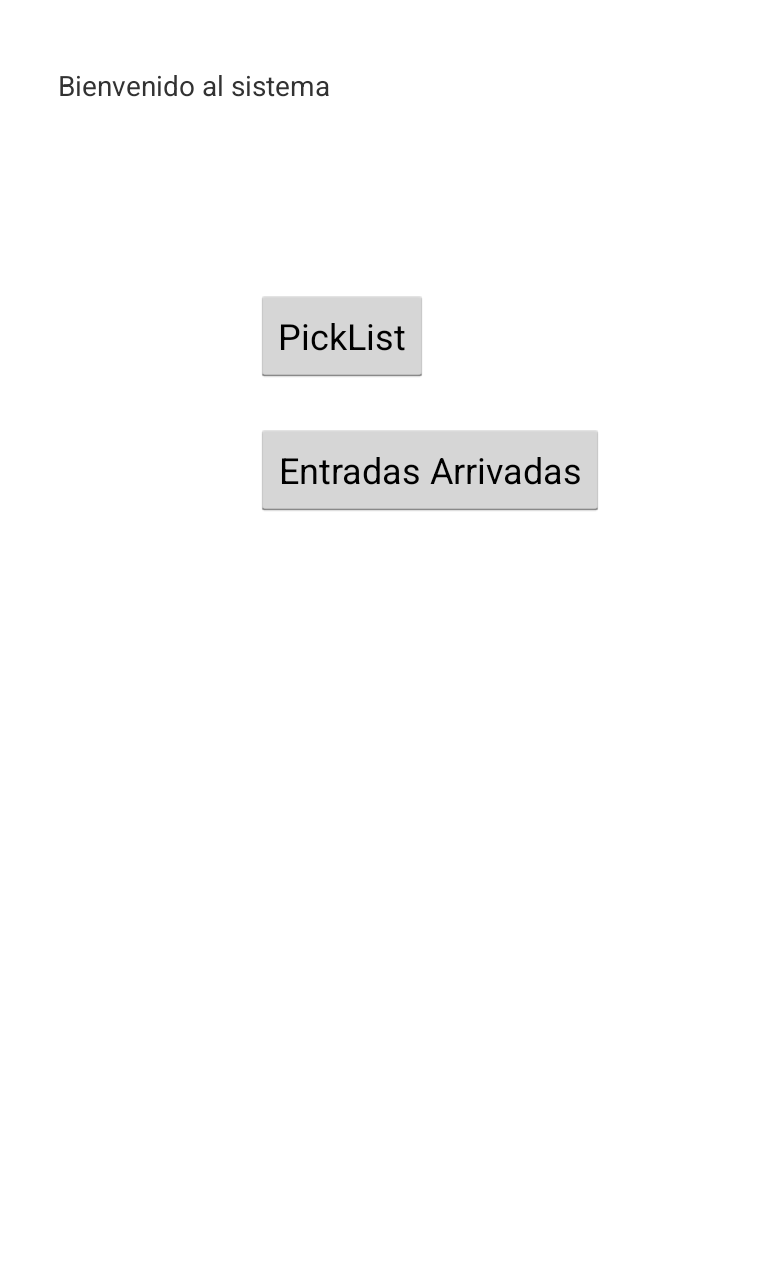
Repository: moynard/PeanutAndroid
Layout: WHSStorekeeper/res/layout/menu_activity.xml
An editor plug-in stored every save of this project. The layout is shown before and after the next save, followed by the edit.
It is drawn on a 768 x 1280 px phone screen (xhdpi) without system bars, with theme AppTheme; the app's code is not run.

Above is the layout before, as saved 2013-07-20 00:22:50.

### WHSStorekeeper/res/layout/menu_activity.xml
<?xml version="1.0" encoding="utf-8"?>
<RelativeLayout xmlns:android="http://schemas.android.com/apk/res/android"
    android:layout_width="match_parent"
    android:layout_height="match_parent" >

    <TextView
        android:id="@+id/txtNombre"
        android:layout_width="wrap_content"
        android:layout_height="wrap_content"
        android:layout_alignParentLeft="true"
        android:layout_alignParentTop="true"
        android:layout_marginLeft="29dp"
        android:layout_marginTop="33dp"
        android:text="Bienvenido al sistema" />

    <TextView
        android:id="@+id/usermail"
        android:layout_width="wrap_content"
        android:layout_height="wrap_content"
        android:layout_alignRight="@+id/txtNombre"
        android:layout_below="@+id/txtNombre"
        android:layout_marginRight="38dp"
        android:layout_marginTop="16dp"
      />

    <Button
        android:id="@+id/ArrivdadosBtn"
        android:layout_width="wrap_content"
        android:layout_height="wrap_content"
        android:layout_alignLeft="@+id/usermail"
        android:layout_below="@+id/usermail"
        android:layout_marginTop="124dp"
        android:text="Entradas Arrivadas" />

    <Button
        android:id="@+id/picklistBtn"
        android:layout_width="wrap_content"
        android:layout_height="wrap_content"
        android:layout_alignLeft="@+id/ArrivdadosBtn"
        android:layout_below="@+id/usermail"
        android:layout_marginTop="57dp"
        android:text="PickList" />

</RelativeLayout>

Loaded but not shown: WHSStorekeeper/res/values/styles.xml (common file); WHSStorekeeper/res/values-v11/styles.xml (common file); WHSStorekeeper/res/values-v14/styles.xml (common file)

After the next save:
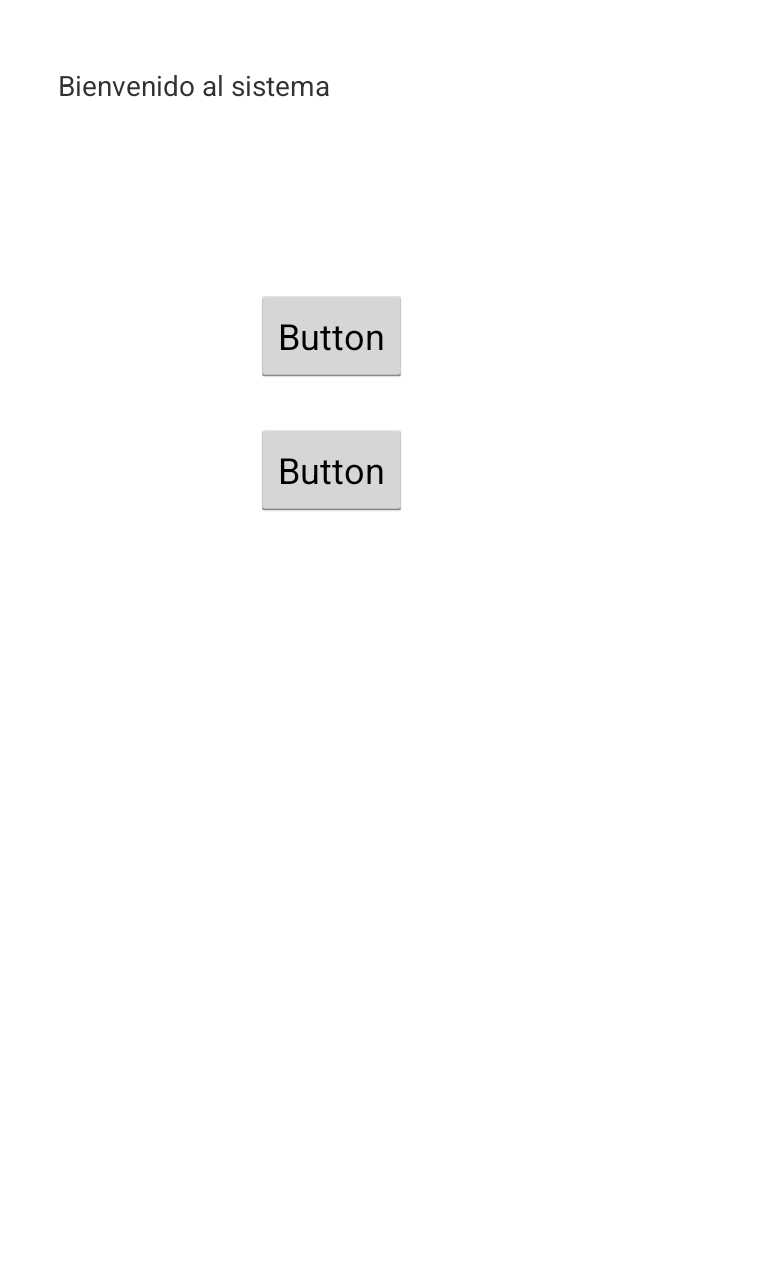
Saved 13 s later.
--- a/WHSStorekeeper/res/layout/menu_activity.xml
+++ b/WHSStorekeeper/res/layout/menu_activity.xml
@@ -30,7 +30,7 @@
         android:layout_alignLeft="@+id/usermail"
         android:layout_below="@+id/usermail"
         android:layout_marginTop="124dp"
-        android:text="Entradas Arrivadas" />
+        android:text="Button" />
 
     <Button
         android:id="@+id/picklistBtn"
@@ -39,6 +39,6 @@
         android:layout_alignLeft="@+id/ArrivdadosBtn"
         android:layout_below="@+id/usermail"
         android:layout_marginTop="57dp"
-        android:text="PickList" />
+        android:text="Button" />
 
 </RelativeLayout>
